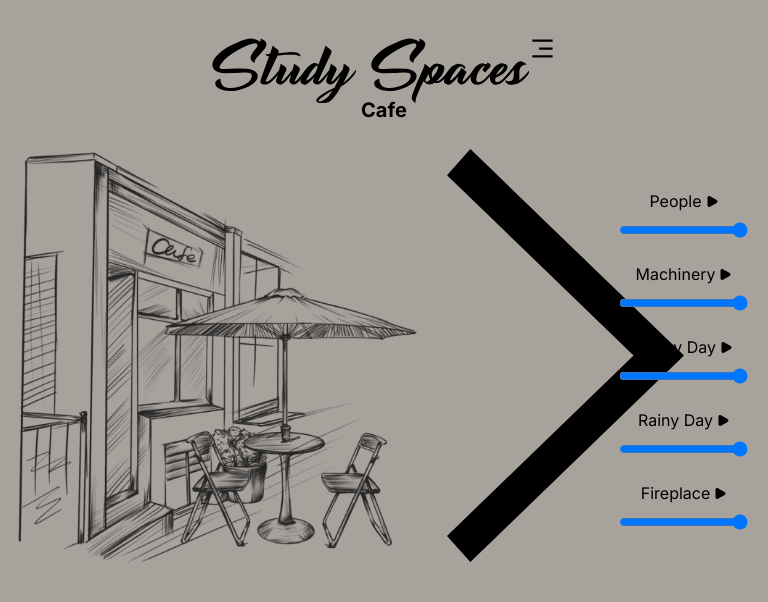
Repository: kaitlynlie/studyspaces
Page: / (app in studyspaces/)
These files come from the project's save history. The page is drawn as it stood at one moment and after the next save; the edit follows.
The browser window is 768 px wide. The pictures show the whole page.
The project was rebuilt for these pictures with package versions that can differ from the ones it lists, and the page was loaded fresh each time. Also part of the build but not shown: studyspaces/vite.config.ts. Imported but missing from the stored project, and not drawn on this page: studyspaces/src/audio/fireplace.wav, studyspaces/src/audio/people.wav, studyspaces/src/audio/rain.wav, studyspaces/src/audio/softmachinery.mp3, studyspaces/src/audio/sun.wav.

Above is the page before, as saved 2023-09-28 22:59:37.

### studyspaces/index.html
<!DOCTYPE html>
<html lang="en">
  <head>
    <meta charset="UTF-8" />
    <link rel="icon" type="image/svg+xml" href="/vite.svg" />
    <meta name="viewport" content="width=device-width, initial-scale=1.0" />
    <title>Study Spaces</title>
  </head>
  <body>
    <div id="root"></div>
    <script type="module" src="/src/main.tsx"></script>
  </body>
</html>

### studyspaces/src/main.tsx
import React from 'react'
import ReactDOM from 'react-dom/client'
import App from './App'
import './index.scss'
import { BrowserRouter } from 'react-router-dom'

ReactDOM.createRoot(document.getElementById('root')!).render(
  <BrowserRouter>
    <App />
  </BrowserRouter>,
)

### studyspaces/src/App.tsx
import clsx from "clsx";
import { Route, Routes } from 'react-router-dom'
import React from "react";
import { Home } from "./pages/Home";
import { Navbar } from "./pages";

function App() {
  return (
    <>
      <div className={clsx("app", "w-full overflow-hidden")}>
          {/* <img
            src={tracks}
            alt='tracks'
            className={clsx(styles.tracks)}
          />  */}
        {/* <Navbar /> */}
        <Routes>
          <Route index path="/" element={<Home />} />
          {/* <Route path="about" element={<About />} />
          <Route path="membership" element={<Membership />} />
          <Route path="faq" element={<FAQ />} />
          <Route path="blog" element={<Blog />} />
          <Route path="careers" element={<Careers />} />
          <Route path='blog2' element={<Blog2 />} /> */}
      </Routes>
      </div>
    </>
  )
  }

export default App;

### studyspaces/src/index.scss
@import url("https://fonts.googleapis.com/css2?family=Inter:wght@400;500;600;700;800;900&display=swap");
// @import "./style/globals/general.scss";

@tailwind base;
@tailwind components;
@tailwind utilities;

:root {
  font-family: Inter;
  overflow-x: hidden;
}

@keyframes jump {
  0%, 100% {
    transform: translateY(0);
  }
  50% {
    transform: translateY(-20px);
  }
}

.jumping-word {
  display: inline-block;
  animation: jump 1s infinite;
}

### studyspaces/src/pages/Home.tsx
import styles from "./home.module.scss";
import clsx from "clsx";
import { title, coffee, leftarrow, rightarrow, play, pause } from "../assets";
import React, { ChangeEvent, useState, useRef } from 'react';
import { people, machinery, sunny, rainy, fire } from "../audio";
import { Navbar } from ".";
import { Link } from 'react-router-dom'
import { RiMenu3Line, RiCloseLine } from 'react-icons/ri';

export function Home() {
  const [sliderValues, setSliderValues] = useState({
    peopleVolumeSlider: 1,
    machVolumeSlider: 1,
    sunnyVolumeSlider: 1,
    rainyVolumeSlider: 1,
    fireVolumeSlider: 1,
  });

  const handleSliderChange = (event: ChangeEvent<HTMLInputElement>) => {
    const { id, value } = event.target;
    setSliderValues((prevValues) => ({
      ...prevValues,
      [id]: parseFloat(value),
    }));
  };

  const [isPlaying, setIsPlaying] = useState<AudioState>({});

  interface AudioState {
    [key: string]: boolean;
  }

  const handlePlayButtonClick = (audioId: string) => {
    setIsPlaying((prevState) => ({
      ...prevState,
      [audioId]: !prevState[audioId] || !prevState[audioId],
    }));
  };

  const [toggleMenu, setToggleMenu] = useState(false);
  const [nav, setNav] = useState(false);

  const openNav = () => {
    setNav(!nav);
  };

  return (
    <div className={clsx(styles.body)}>
        <section className={clsx(styles.home)}>
          <div className={clsx(styles.header)}>
            <div className={clsx(styles.studyspaces)}>
              <img src={title} className={clsx(styles.title)}/>
            </div>

            <div className={clsx(styles.toggle)}>
              {toggleMenu
                ? <RiCloseLine color="#000" size={27} onClick={() => setToggleMenu(false)} />
                : <RiMenu3Line color="#000" size={27} onClick={() => setToggleMenu(true)} />}
              {toggleMenu && (
              <div className={clsx(styles.box)}>
                <div className="none">
                  <ul className={clsx(styles.dropdown)}>
                  <Link onClick={openNav} to='/'><li><a>Home</a></li></Link>
                  <Link onClick={openNav} to='/about'><li><a>About</a></li></Link>
                  <Link onClick={openNav} to='/membership'><li><a>Todo</a></li></Link>
                  <Link onClick={openNav} to='/faq'><li><a>Timer</a></li></Link>
                  </ul>
                </div>
              </div>
              )}
            </div>
          </div>

            <h4>Cafe</h4>
            <div className={clsx(styles.content)}>
              <div className={clsx(styles.hero)}>
                <img id="leftArrow" src={leftarrow} />
                <img src={coffee} className={clsx(styles.coffee)} />
                <img id="rightArrow" src={rightarrow} />
              </div>

              <div className={clsx(styles.audiolist)}>
                <div className={clsx(styles.audio)}>
                  <div className={clsx(styles.title)}>
                    <p>People</p>
                    <img
                      src={play}
                      width="11"
                      height="11"
                      id="peoplePlayButton"
                      onClick={() => handlePlayButtonClick("peopleAudioPlayer")}                    />
                  </div>
                  <audio id="peopleAudioPlayer">
                    <source src={people} type="audio/wav" />
                  </audio>
                  <input
                    type="range"
                    id="peopleVolumeSlider"
                    min={0}
                    max={1}
                    step={0.1}
                    value={sliderValues.peopleVolumeSlider}
                    onChange={handleSliderChange}
                  />
                </div>

                <div className={clsx(styles.audio)}>
                  <div className={clsx(styles.title)}>
                    <p>Machinery</p>
                    <img
                      src={play}
                      width="11"
                      height="11"
                      id="machPlayButton"
                      onClick={() => handlePlayButtonClick("machAudioPlayer")}
                    />
                  </div>
                  <audio id="machAudioPlayer">
                    <source src={machinery} type="audio/mp3" />
                  </audio>
                  <input
                    type="range"
                    id="machVolumeSlider"
                    min={0}
                    max={1}
                    step={0.1}
                    value={sliderValues.machVolumeSlider}
                    onChange={handleSliderChange}
                  />
                </div>

                <div className={clsx(styles.audio)}>
                  <div className={clsx(styles.title)}>
                    <p>Sunny Day</p>
                    <img
                      src={play}
                      width="11"
                      height="11"
                      id="sunnyPlayButton"
                      onClick={() => handlePlayButtonClick("sunnyAudioPlayer")}
                    />
                  </div>
                  <audio id="sunnyAudioPlayer">
                    <source src={sunny} type="audio/wav" />
                  </audio>
                  <input
                    type="range"
                    id="sunnyVolumeSlider"
                    min={0}
                    max={1}
                    step={0.1}
                    value={sliderValues.sunnyVolumeSlider}
                    onChange={handleSliderChange}
                  />
                </div>

                <div className={clsx(styles.audio)}>
                  <div className={clsx(styles.title)}>
                    <p>Rainy Day</p>
                    <img
                      src={play}
                      width="11"
                      height="11"
                      id="rainyPlayButton"
                      onClick={() => handlePlayButtonClick("rainyAudioPlayer")}
                    />
                  </div>
                  <audio id="rainyAudioPlayer">
                    <source src={rainy} type="audio/wav" />
                  </audio>
                  <input
                    type="range"
                    id="rainyVolumeSlider"
                    min={0}
                    max={1}
                    step={0.1}
                    value={sliderValues.rainyVolumeSlider}
                    onChange={handleSliderChange}
                  />
                </div>

                <div className={clsx(styles.audio)}>
                  <div className={clsx(styles.title)}>
                    <p>Fireplace</p>
                    <img
                      src={play}
                      width="11"
                      height="11"
                      id="firePlayButton"
                      onClick={() => handlePlayButtonClick("fireAudioPlayer")}
                    />
                  </div>
                  <audio id="fireAudioPlayer">
                    <source src={fire} type="audio/wav" />
                  </audio>
                  <input
                    type="range"
                    id="fireVolumeSlider"
                    min={0}
                    max={1}
                    step={0.1}
                    value={sliderValues.fireVolumeSlider}
                    onChange={handleSliderChange}
                  />
                </div>
              </div>
            </div>
        </section>
    </div>
  );
}

### studyspaces/src/pages/home.module.scss
body {
    background-color: rgb(168, 162, 157);
    section.home {
        padding: 10px;
        display: flex;
        flex-direction: column;
        justify-content: center;
        align-items: center;
        overflow-y: hidden;
        .header {
          display: flex;
          justify-content: space-between;
          align-items: center;
          .studyspaces {
            display: flex;
            justify-content: center;
            align-items: center;
            .title {
              margin-top: 20px;
            }
          }
          .toggle {
            margin-top: -20px;
            cursor: pointer;
            z-index: 10;
            .box {
              display: flex;
              justify-content: flex-end;
              align-items: flex-end;
              flex-direction: column;
              text-align: end;
              background-color: #ffffffc9;
              padding: 30px;
              position: absolute;
              top: 40px;
              right: 10px;
              border-radius: 5px;
              box-shadow: 0 10px 20px 0 rgba(0, 0, 0, 0.5);
              z-index: 10;
              .dropdown {
                display: flex;
                justify-content: flex-end;
                align-items: flex-end;
                flex-direction: column;
                color: white;
                text-align: end;
                padding: 1px;
                li {
                  margin-top: 8px;
                  list-style-type: none;
                  text-decoration: none;
                  color: black;
                  a {
                    text-decoration: none;
                    color: black;
                  }
                }
              }
            }
          }
        }
        h4 {
            text-align: center;
            font-size: 20px;
            font-weight: 700;
            margin-top: -5px;
        }
        .content {
            display: flex;
            justify-content: space-between;
            gap: 200px;
            transition: gap 0.3s ease;
            // @media (max-width: 1089px) {
            //     gap: 50px;
            // }
            // @media (max-width: 919px) {
            //   flex-direction: column;
            // }
            .hero {
                display: flex;
                justify-content: center;
                gap: 30px;
                .coffee {
                    max-width: 550px;
                    max-height: 550px;
                    width: 100%;
                    height: 100%;
                    @media (max-width: 664px) {
                        max-width: 300px;
                        max-height: 300px;
                    }
                }
            }
            .audiolist {
                display: flex;
                flex-direction: column;
                align-items: center;
                justify-content: center;
                .audio {
                    display: flex;
                    flex-direction: column;
                    justify-content: center;
                    align-items: center;
                    .title {
                        display: flex;
                        flex-direction: row;
                        justify-content: center;
                        align-items: center;
                        gap: 5px;
                        img {
                            cursor: pointer;
                        }
                        .custom-range-slider {
                            appearance: none;
                            width: 100%;
                            height: 8px;
                            border-radius: 5px;
                            background-color: black;
                            outline: none;
                          }

                          .custom-range-slider::-webkit-slider-thumb {
                            appearance: none;
                            width: 16px;
                            height: 16px;
                            border-radius: 50%;
                            background-color: white;
                            cursor: pointer;
                          }

                          .custom-range-slider::-moz-range-thumb {
                            width: 16px;
                            height: 16px;
                            border-radius: 50%;
                            background-color: white;
                            cursor: pointer;
                          }

                          .custom-range-slider::-ms-thumb {
                            width: 16px;
                            height: 16px;
                            border-radius: 50%;
                            background-color: white;
                            cursor: pointer;
                          }
                        #peopleVolumeSlider {
                            -webkit-appearance: none;
                            appearance: none;
                            width: 100%;
                            height: 5px;
                            background-color: black; /* Set the default color of the track/bar */
                            outline: none;
                            position: relative;
                          }

                          #peopleVolumeSlider::-webkit-slider-thumb {
                            -webkit-appearance: none;
                            appearance: none;
                            width: 12px;
                            height: 12px;
                            background-color: black; /* Set the color of the slider thumb */
                            cursor: pointer;
                            border-radius: 50%;
                            position: relative;
                            z-index: 1;
                          }

                          #sunnyVolumeSlider {
                            -webkit-appearance: none;
                            appearance: none;
                            width: 100%;
                            height: 5px;
                            background-color: black; /* Set the default color of the track/bar */
                            outline: none;
                            position: relative;
                          }

                          #sunnyVolumeSlider::-webkit-slider-thumb {
                            -webkit-appearance: none;
                            appearance: none;
                            width: 12px;
                            height: 12px;
                            background-color: black; /* Set the color of the slider thumb */
                            cursor: pointer;
                            border-radius: 50%;
                            position: relative;
                            z-index: 1;
                          }

                          #rainyVolumeSlider {
                            -webkit-appearance: none;
                            appearance: none;
                            width: 100%;
                            height: 5px;
                            background-color: black; /* Set the default color of the track/bar */
                            outline: none;
                            position: relative;
                          }

                          #rainyVolumeSlider::-webkit-slider-thumb {
                            -webkit-appearance: none;
                            appearance: none;
                            width: 12px;
                            height: 12px;
                            background-color: black; /* Set the color of the slider thumb */
                            cursor: pointer;
                            border-radius: 50%;
                            position: relative;
                            z-index: 1;
                          }

                          #machVolumeSlider {
                            -webkit-appearance: none;
                            appearance: none;
                            width: 100%;
                            height: 5px;
                            background-color: black; /* Set the default color of the track/bar */
                            outline: none;
                            position: relative;
                          }

                          #machVolumeSlider::-webkit-slider-thumb {
                            -webkit-appearance: none;
                            appearance: none;
                            width: 12px;
                            height: 12px;
                            background-color: black; /* Set the color of the slider thumb */
                            cursor: pointer;
                            border-radius: 50%;
                            position: relative;
                            z-index: 1;
                          }

                          #fireVolumeSlider {
                            -webkit-appearance: none;
                            appearance: none;
                            width: 100%;
                            height: 5px;
                            background-color: black; /* Set the default color of the track/bar */
                            outline: none;
                            position: relative;
                          }

                          #fireVolumeSlider::-webkit-slider-thumb {
                            -webkit-appearance: none;
                            appearance: none;
                            width: 12px;
                            height: 12px;
                            background-color: black; /* Set the color of the slider thumb */
                            cursor: pointer;
                            border-radius: 50%;
                            position: relative;
                            z-index: 1;
                          }
                    }
                    input {
                        margin-top: -5px;
                        margin-bottom: 10px
                    }
                }
            }
        }
    }
}

### studyspaces/src/assets/index.ts
import title from './title.svg'
import coffee from './coffee.png'
import leftarrow from './leftarrow.svg'
import rightarrow from './rightarrow.svg'
import play from './play.svg'
import pause from './pause.svg'

export {
    title,
    coffee,
    leftarrow,
    rightarrow,
    play,
    pause
}

### studyspaces/src/audio/index.ts
import people from './people.wav'
import machinery from './softmachinery.mp3'
import sunny from './sun.wav'
import rainy from './rain.wav'
import fire from './fireplace.wav'

export {
    people,
    machinery,
    sunny,
    rainy,
    fire
}

After the next save:
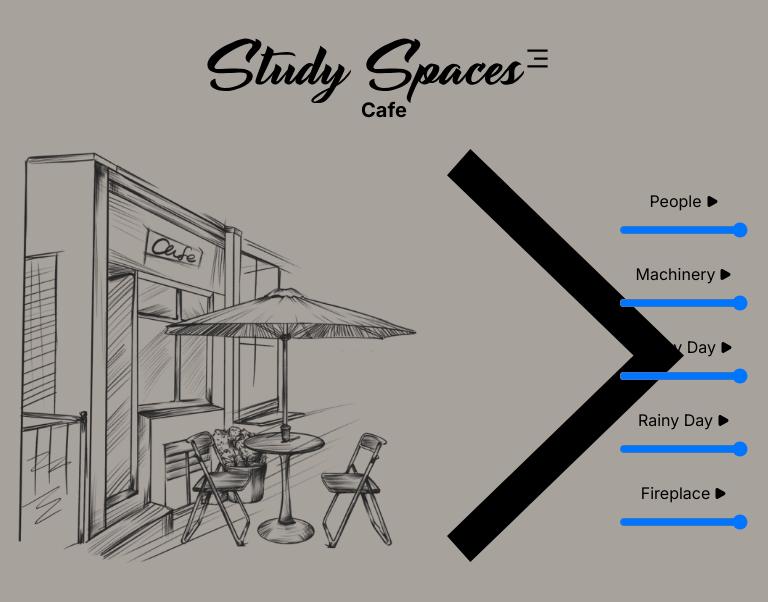
Saved 4 min 28 s later.
--- a/studyspaces/src/pages/home.module.scss
+++ b/studyspaces/src/pages/home.module.scss
@@ -20,44 +20,42 @@ body {
             }
           }
           .toggle {
-            margin-top: -20px;
-            cursor: pointer;
+            display: none;
+            color: white;
             z-index: 10;
-            .box {
-              display: flex;
-              justify-content: flex-end;
-              align-items: flex-end;
-              flex-direction: column;
-              text-align: end;
-              background-color: #ffffffc9;
-              padding: 30px;
-              position: absolute;
-              top: 40px;
-              right: 10px;
-              border-radius: 5px;
-              box-shadow: 0 10px 20px 0 rgba(0, 0, 0, 0.5);
-              z-index: 10;
-              .dropdown {
+            margin-right: 10px;
+            @media (max-width: 790px) {
+                display: block;
+            }
+            .dropdown {
+                margin-top: 1rem;
                 display: flex;
                 justify-content: flex-end;
                 align-items: flex-end;
-                flex-direction: column;
-                color: white;
-                text-align: end;
-                padding: 1px;
-                li {
-                  margin-top: 8px;
-                  list-style-type: none;
-                  text-decoration: none;
-                  color: black;
-                  a {
-                    text-decoration: none;
-                    color: black;
-                  }
+                text-align: flex-end;
+                background-color: rgba(255, 255, 255, 0.918);
+                position: absolute;
+                top: 50px;
+                right: 10px;
+                border-radius: 5px;
+                z-index: 10;
+                ul {
+                    display: flex;
+                    justify-content: flex-end;
+                    align-items: flex-end;
+                    flex-direction: column;
+                    color: white;
+                    text-align: end;
+                    padding: 1rem 2rem;
+                    a {
+                        color: black;
+                        z-index: 11;
+                        align-self: flex-end;
+                        margin-right: auto;
+                    }
                 }
-              }
-            }
-          }
+            }
+        }
         }
         h4 {
             text-align: center;
